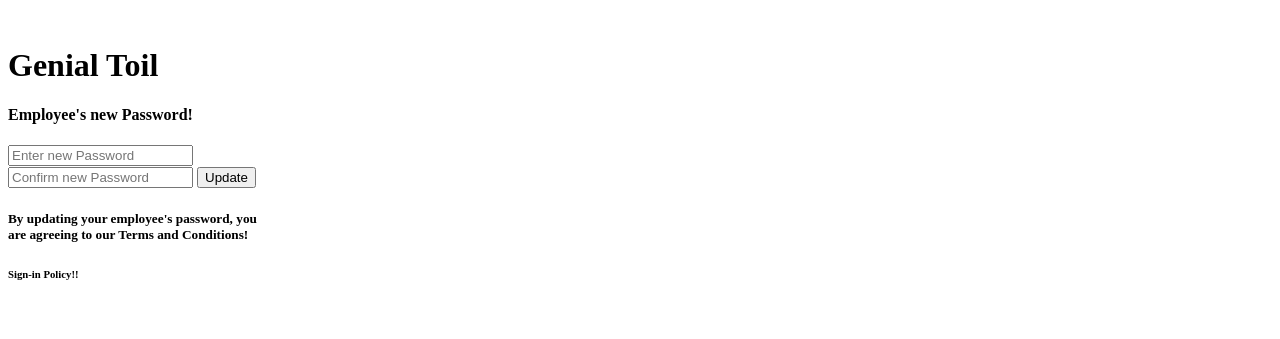
Repository: robin9533/Basic-Programs-App.
Page: GW-Genial Work Proj/GT_GenialToil/WebContent/NewPassword.html
An editor plug-in stored every save of this project. The page is shown before and after the next save, followed by the edit.
The browser window is 1280 px wide. The pictures show the whole page.

Above is the page before, as saved 2019-05-10 06:30:07.

After the next save:
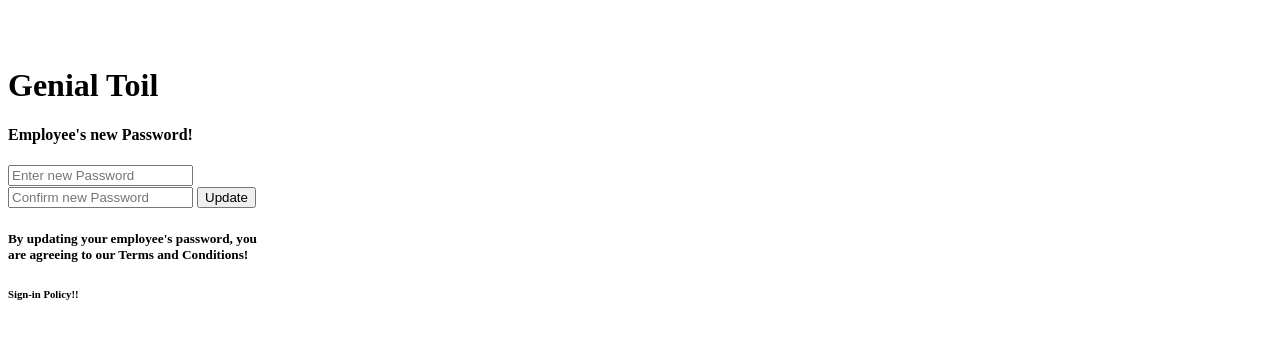
Saved 84 s later.
--- a/GW-Genial Work Proj/GT_GenialToil/WebContent/EmployeeSignup.css
+++ b/GW-Genial Work Proj/GT_GenialToil/WebContent/EmployeeSignup.css
@@ -1,4 +1,13 @@
 @charset "ISO-8859-1";
 
-.registrationblock {height:250px; width: 250px; border-color: 1px solid black;margin-top: 20px;}
-.registrationblock input{margin-bottom: 1px; border-radius:none;}
+.registrationblock {
+	height:250px;
+	width: 250px;
+	float:left;
+	border-color: 1px solid black;
+	margin-top: 20px;
+}
+.registrationblock input{
+	margin-bottom: 1px;
+	border-radius:none;
+}
